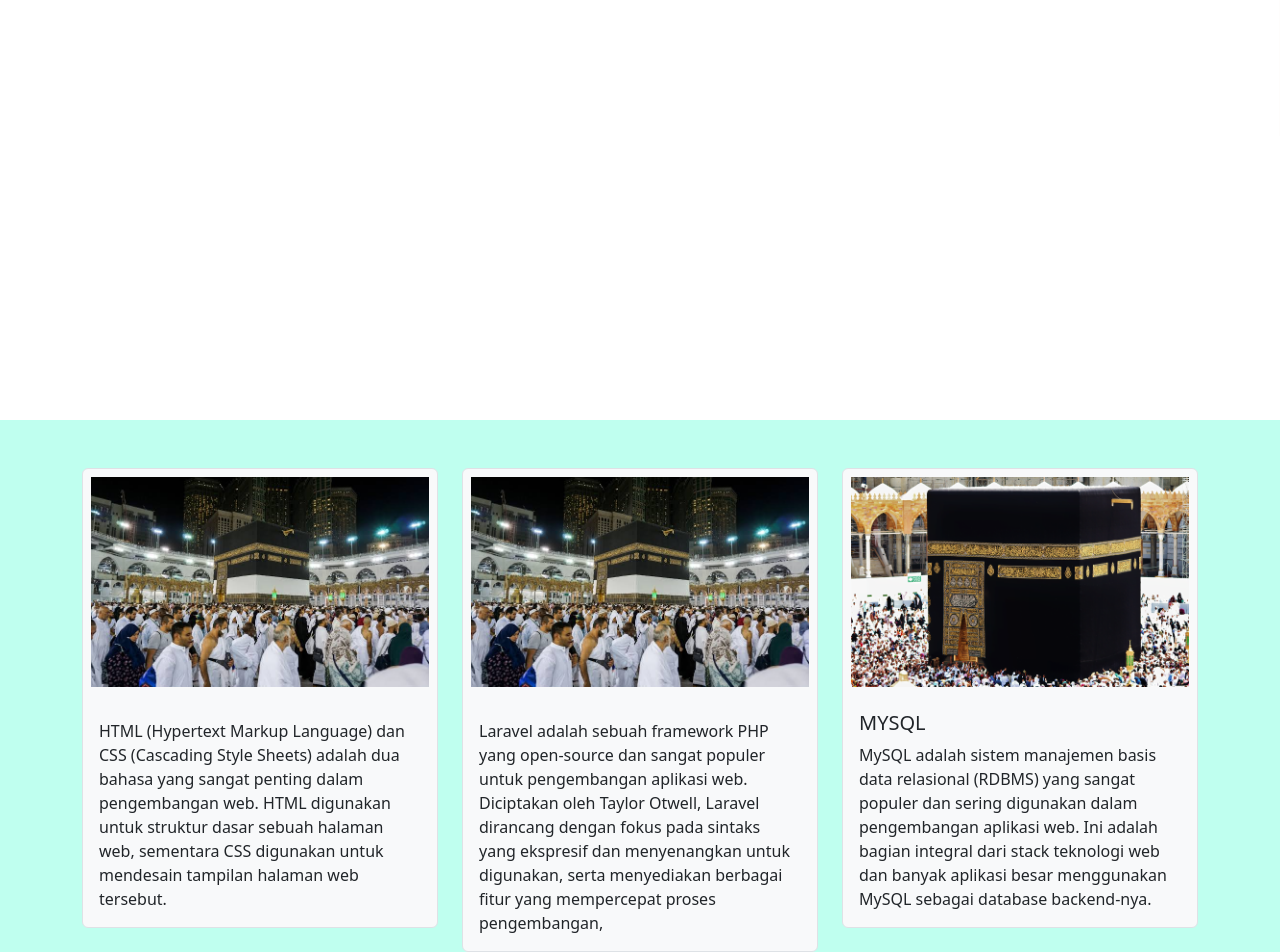
Repository: Putrabobi/Task7
Page: index.html
These files come from the project's save history. The page is drawn as it stood at one moment and after a run of saves; the edit follows.
The browser window is 1280 px wide. The pictures show the part of the page from y = 2053 to 3005 px (the page is 3005 px tall).
A picture or video elsewhere on the page could not be fetched, so the positions and the page height are approximate.

Above is the page before, as saved 2024-03-25 14:03:49.

### index.html
<!DOCTYPE html>
<html lang="en">

<head>
    <meta charset="UTF-8">
    <meta name="viewport" content="width=device-width, initial-scale=1.0">
    <title>Haji & Umroh</title>
    <link href="https://cdn.jsdelivr.net/npm/bootstrap@5.3.3/dist/css/bootstrap.min.css" rel="stylesheet"
        integrity="sha384-QWTKZyjpPEjISv5WaRU9OFeRpok6YctnYmDr5pNlyT2bRjXh0JMhjY6hW+ALEwIH" crossorigin="anonymous">
</head>

<body>

    <!-- Navbar -->
    <nav class="navbar navbar-expand-lg  bg-body-tertiary mb-4">
        <div class="container-fluid">
            <a class="navbar-brand" href="#">
                <span style="color: darkgreen;" class="fw-bold">Uda</span>
                <span style="color: olive;" class="fw-bold">Tour</span>
            </a>

            <button class="navbar-toggler" type="button" data-bs-toggle="collapse"
                data-bs-target="#navbarSupportedContent" aria-controls="navbarSupportedContent" aria-expanded="false"
                aria-label="Toggle navigation">
                <span class="navbar-toggler-icon"></span>
            </button>
            <div class="collapse navbar-collapse" id="navbarSupportedContent">
                <ul class="navbar-nav me-auto mb-2 mb-lg-0 mx-auto">
                    <li class="nav-item" style="margin-right: 30px;">
                        <a class="nav-link active" aria-current="page" href="#"
                            style="border-bottom: 4px solid #00570f; color: #000000;">Home</a>
                    </li>
                    <li class="nav-item" style="margin-right: 30px;">
                        <a class="nav-link" href="#" style="color: #000;">Haji</a>
                    </li>
                    <li class="nav-item" style="margin-right: 30px;">
                        <a class="nav-link disabled" style="color: #000;">Umroh</a>
                    </li>
                    <li class="nav-item" style="margin-right: 30px;">
                        <a class="nav-link disabled" style="color: #000;">Blog</a>
                    </li>
                    <li class="nav-item" style="margin-right: 30px;">
                        <a class="nav-link disabled" style="color: #000;">Gallery</a>
                    </li>
                </ul>
                <button class="btn btn-outline-dark" type="submit">Register</button>
            </div>

        </div>
    </nav>

    <!-- Background -->

    <div class="position-relative text-center mb-5">
        <img src="images/mekkah.jpg" style="filter: brightness(50%);" alt="Mekkah" width="100%">
        <h1 class="position-absolute top-0 start-50 translate-middle-x text-light" style="margin-top: 5%;">Take you on a holy journey</h1>
        <h5 class="position-absolute top-0 start-50 translate-middle-x text-light" style="margin-top: 45%;">Find the best Hajj travel package that suits your needs. Enjoy a worship experience guided by a professional and experienced team.</h5>
        <button type="button" style="position: absolute; bottom: 20px; left: 50%; transform: translateX(-50%); background-color: green; color: white; padding: 10px 50px; border: none; border-radius: 100px; cursor: pointer;">Explore</button>
    </div>

    <!-- Maskapai -->

    <div style="text-align: center;">
        <h1>Our Partner</h1>
        <img src="images/maskapai1.png" alt="maskapai1" style="width: 350px;">
        <img src="images/maskapai2.png" alt="maskapai2" style="width: 350px;">
        <img src="images/maskapai3.png" alt="maskapai3" style="width: 350px;">
        <img src="images/maskapai4.png" alt="maskapai4" style="width: 350px;">
    </div>

    <div>
        <svg xmlns="http://www.w3.org/2000/svg" viewBox="0 0 1440 320">
            <path fill="#8f6b00" fill-opacity="1" d="M0,64L120,96C240,128,480,192,720,192C960,192,1200,128,1320,96L1440,64L1440,320L1320,320C1200,320,960,320,720,320C480,320,240,320,120,320L0,320Z"></path>>
        </svg>
    </div>
    <div style="background-color: #8f6b00; position: relative;" class="text-white">
        <div class="container d-flex justify-content-center align-items-center">
          <div class="row">
            <div class=" text-center">
              <h3 class="fw-bold pb-3">Hajj and Umrah Program</h3>
              <h5 class="py-3 mb-3" style="width: 50%; margin: 0 auto;">Find complete and well-organized Hajj and Umrah
                programs. Get a package that meets your needs for a meaningful spiritual journey.</h5>
              <button class="btn text-light padding: 10px 50px rounded-5 px-5 py-2 shadow"
                style="background-color: #00730c;">Explore</button>
            </div>
            <div class="">
              <img src="img/kabah_only.png" alt="" width="20%"
                style="position: absolute; left: 25; top: 50%; transform: translateY(-50%);">
            </div>
          </div>
        </div>
        <svg xmlns="http://www.w3.org/2000/svg" viewBox="0 0 1440 320">
          <path fill="#ffffff" fill-opacity="1"
            d="M0,160L120,138.7C240,117,480,75,720,74.7C960,75,1200,117,1320,138.7L1440,160L1440,320L1320,320C1200,320,960,320,720,320C480,320,240,320,120,320L0,320Z">
          </path>
        </svg>
      </div>

      <div class="">
        <img src="images/mekkah4.png" alt="" width="20%" style="position: absolute; left: 5%; top: 250%;  transform: translateY(-50%);">
    </div>

    </div>
  </div>
  <svg xmlns="http://www.w3.org/2000/svg" viewBox="0 0 1440 320">
    <path fill="#ffffff" fill-opacity="1"
      d="M0,160L120,138.7C240,117,480,75,720,74.7C960,75,1200,117,1320,138.7L1440,160L1440,320L1320,320C1200,320,960,320,720,320C480,320,240,320,120,320L0,320Z">
    </path>
  </svg>
</div>
</div>

<section class="pt-5" style="background-color: rgb(191, 255, 239);">
    <div class="container">
      <div class="row">
        <di class="col-md">
          <div class="card bg-light text-dark border ">
            <img src="images/mekkah1.jpeg" class="p-2 card-img-top" alt="...">
            <div class="card-body">
              <h5 class="card-title"></h5>
              <p class="card-text"> HTML (Hypertext Markup Language) dan CSS (Cascading Style Sheets) adalah dua
                bahasa yang sangat penting dalam pengembangan web. HTML digunakan untuk struktur dasar sebuah
                halaman web, sementara CSS digunakan untuk mendesain tampilan halaman web tersebut.</p>
            </div>
          </div>
        </di>
        <di class="col-md">
          <div class="card bg-light text-dark border ">
            <img src="images/mekkah1.jpeg" class="p-2 card-img-top" alt="...">
            <div class="card-body">
              <h5 class="card-title"></h5>
              <p class="card-text">
                Laravel adalah sebuah framework PHP yang open-source dan sangat populer untuk pengembangan aplikasi
                web. Diciptakan oleh Taylor Otwell, Laravel dirancang dengan fokus pada sintaks yang ekspresif dan
                menyenangkan untuk digunakan, serta menyediakan berbagai fitur yang mempercepat proses pengembangan,
              </p>
            </div>
          </div>
        </di>
        <di class="col-md">
          <div class="card  bg-light text-dark border">
            <img src="images/mekkah2.png" class="p-2 card-img-top" alt="...">
            <div class="card-body">
              <h5 class="card-title">MYSQL</h5>
              <p class="card-text">
                MySQL adalah sistem manajemen basis data relasional (RDBMS) yang sangat populer dan sering digunakan
                dalam pengembangan aplikasi web. Ini adalah bagian integral dari stack teknologi web dan banyak
                aplikasi besar menggunakan MySQL sebagai database backend-nya.</p>
            </div>
          </div>
        </di>

      </div>
    </div>
  </section>

<!-- <div class="my-5" style="background-color: rgb(191, 255, 239); text-align: center;">
    <div style="margin: 0 auto; max-width: 600px;">
        <h3>Hajj and Umrah Special Offers</h3>
        <h4>We work with trusted and experienced organizers to provide quality Hajj and Umrah travel packages.</h4>
    </div>
    <div class="my-5 mx-5 px-5 pb-5 justify-content-center">
        <div class="card-group mx-5 pb-5">
            <div class="card mx-2 border-0" style="width: 20rem; background-color: rgb(191, 255, 239);">
                <img src="images/mekkah1.jpeg" class="card-img-top" alt="mekkah1" style="max-width: 100%;">
                <div class="card-body ps-0">
                    <p class="card-text" style="color: #937009;">Classic</p>
                    <h5 class="card-title mt-2 fw-bold">Regular Umrah</h5>
                    <p class="card-text">Package Duration 20 days</p>
                    <button class="border-0 mt-2 text-light rounded-4 px-4 py-3" style="background-color: #00730c;"><span
                        class="m-2">Detail</span></button>
                  </div>
            </div>
        </div>
    </div>
</div> -->










</body>

</html>

After the next 2 saves:
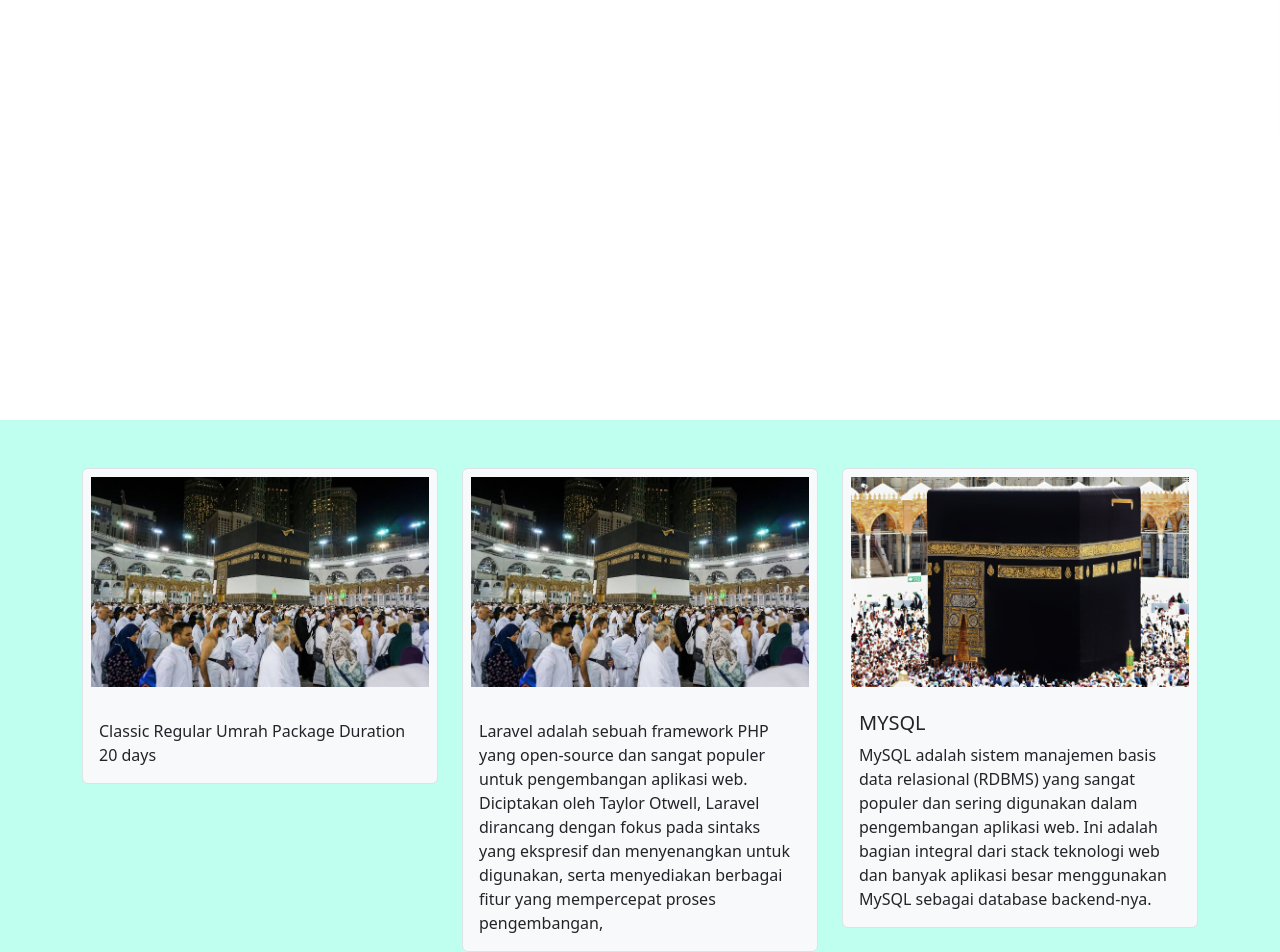
The 2 saves are shown as one change because they came seconds apart.
The last was saved 9 s later.
--- a/index.html
+++ b/index.html
@@ -118,9 +118,9 @@
             <img src="images/mekkah1.jpeg" class="p-2 card-img-top" alt="...">
             <div class="card-body">
               <h5 class="card-title"></h5>
-              <p class="card-text"> HTML (Hypertext Markup Language) dan CSS (Cascading Style Sheets) adalah dua
-                bahasa yang sangat penting dalam pengembangan web. HTML digunakan untuk struktur dasar sebuah
-                halaman web, sementara CSS digunakan untuk mendesain tampilan halaman web tersebut.</p>
+              <p class="card-text"> Classic
+                Regular Umrah
+                Package Duration 20 days</p>
             </div>
           </div>
         </di>
